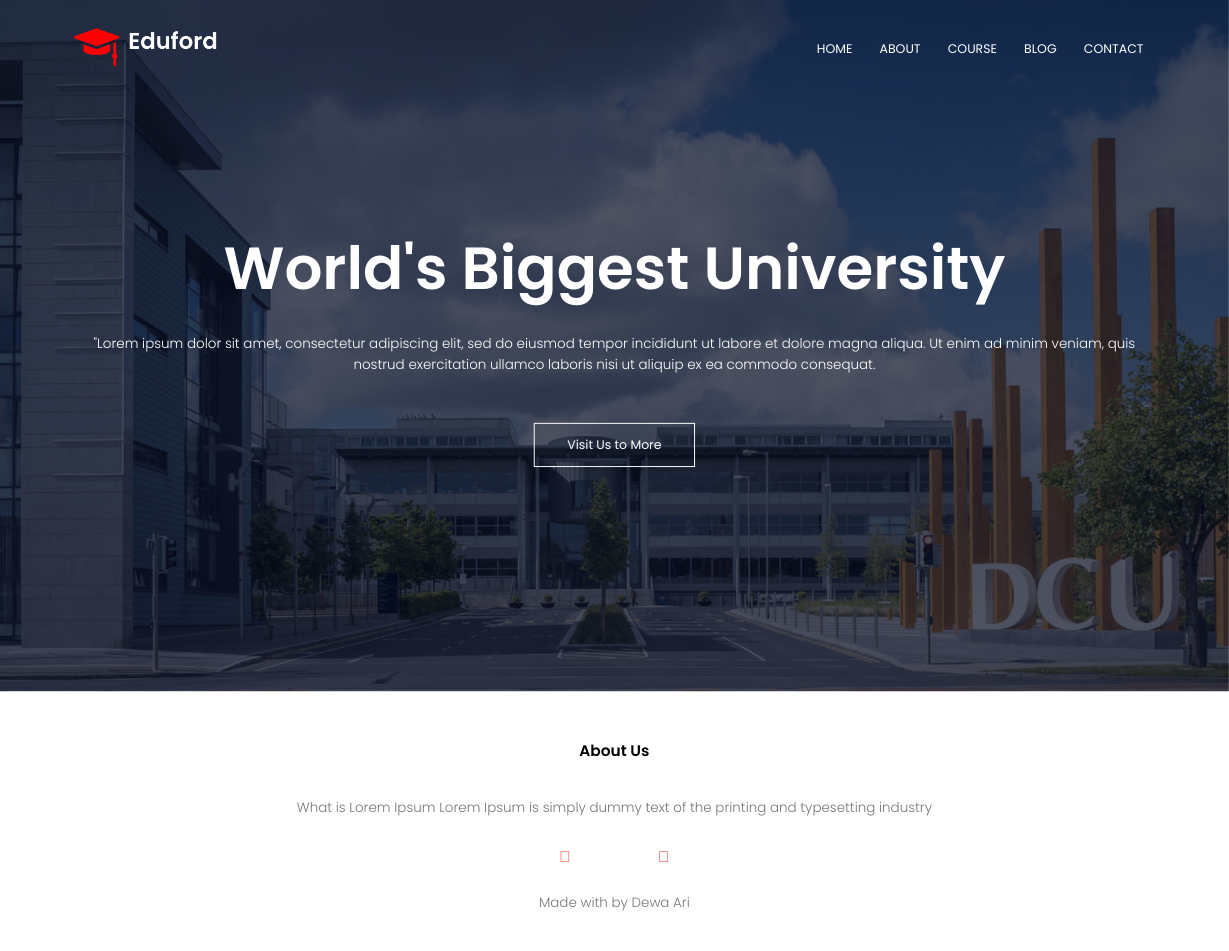
Repository: dewaary/company-profile
Page: about.html
An editor plug-in stored every save of this project. The page is shown before and after the next save, followed by the edit.
The browser window is 1280 px wide. The pictures show the whole page, at 96% of full size.

Above is the page before, as saved 2021-05-07 23:12:41.

After the next save:
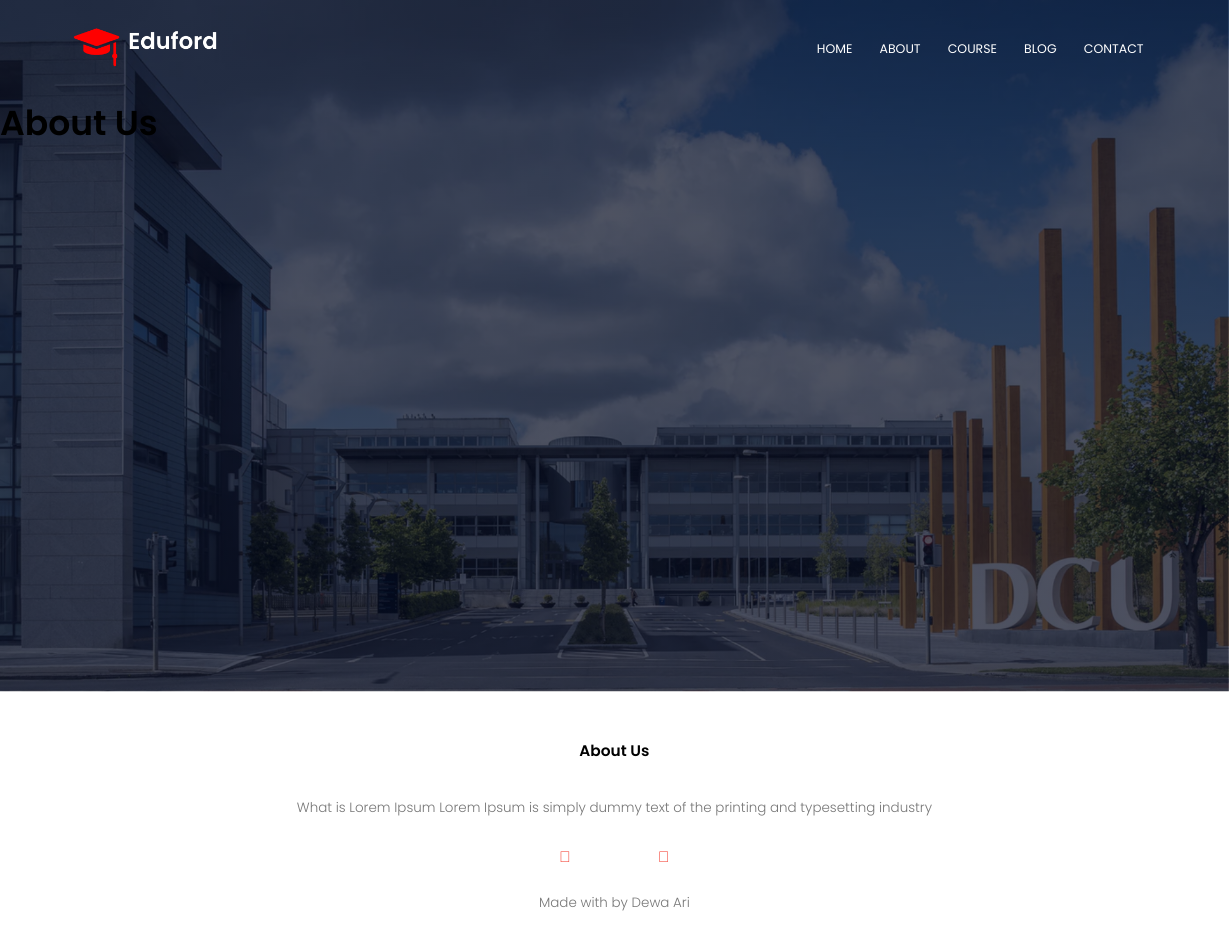
Saved 32 s later.
--- a/about.html
+++ b/about.html
@@ -30,17 +30,7 @@
             </div>
             <i class="fa fa-bars" onclick="showMenu()"></i>
         </nav>
-
-        <div class="text-box">
-            <h1>World's Biggest University</h1>
-            <p>
-                "Lorem ipsum dolor sit amet, consectetur adipiscing elit, sed do
-                eiusmod tempor incididunt ut labore et dolore magna aliqua. Ut enim ad
-                minim veniam, quis nostrud exercitation ullamco laboris nisi ut
-                aliquip ex ea commodo consequat.
-            </p>
-            <a href="" class="hero-btn">Visit Us to More</a>
-        </div>
+        <h1>About Us</h1>
     </section>
 
 
